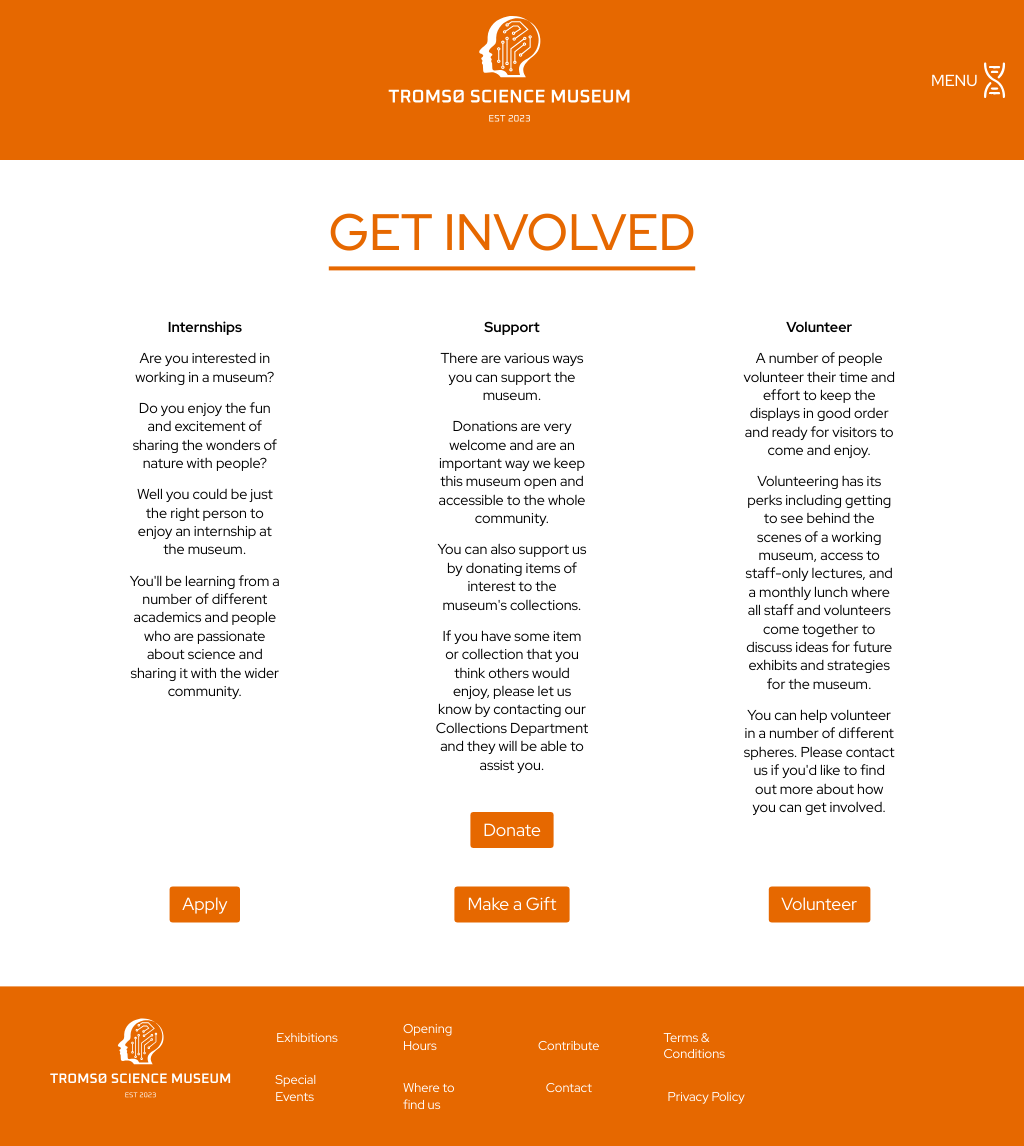
Repository: benjaminskarding/Semester-Project
Page: contribute.html
The author's editor kept a copy of each file at every save. The page is drawn from the files as they stood at one save, then again after the next save.
The browser window is 1280 px wide. The pictures show the whole page, at 80% of full size.

Above is the page before, as saved 2023-12-19 04:04:05.

After the next save:
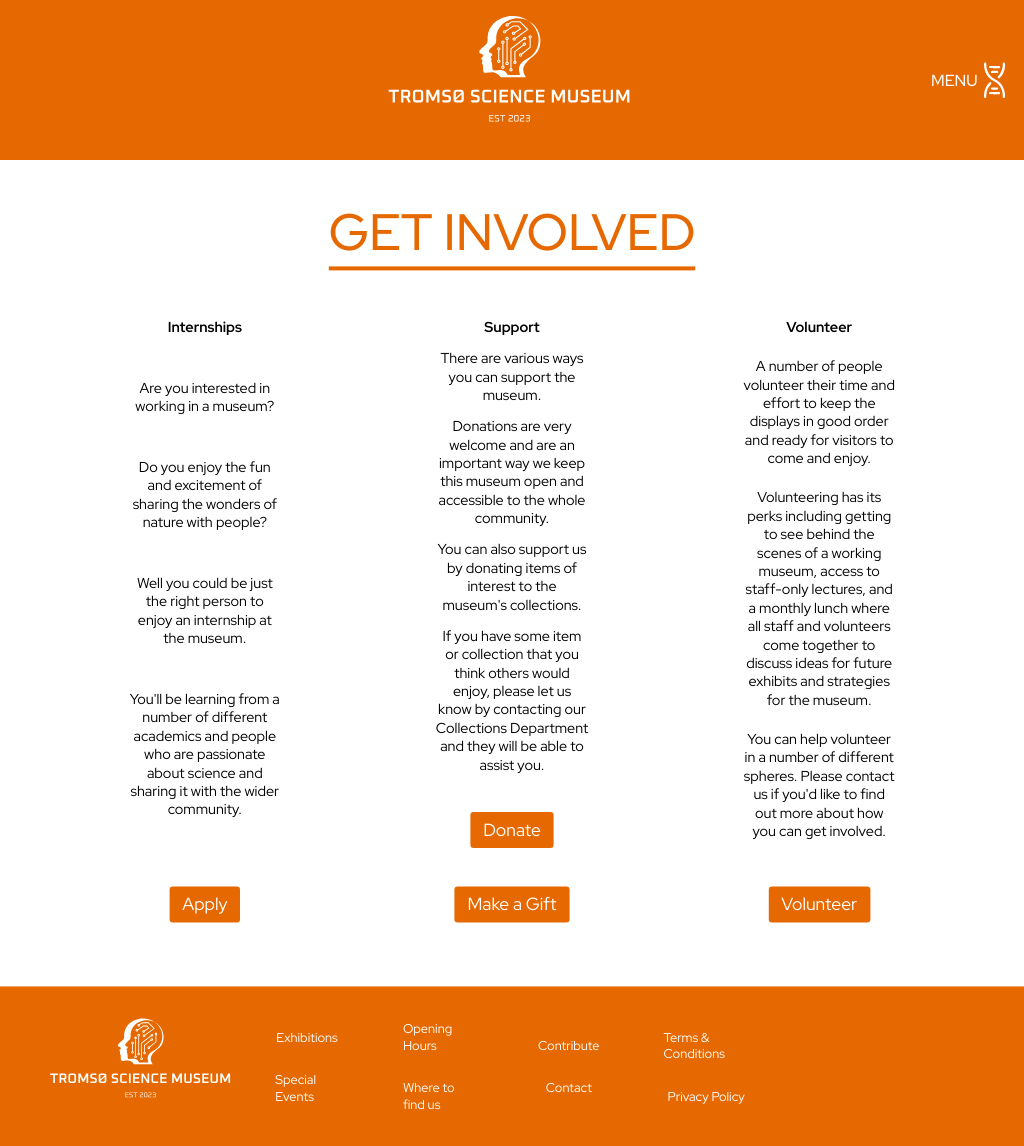
Saved 2 min 43 s later.
--- a/src/css/contribute.css
+++ b/src/css/contribute.css
@@ -54,7 +54,6 @@
 
 .leftCol .button-container,
 .rightCol .button-container {
-    margin-top: auto;
     width: 100%;
 }
 

After the save that followed:
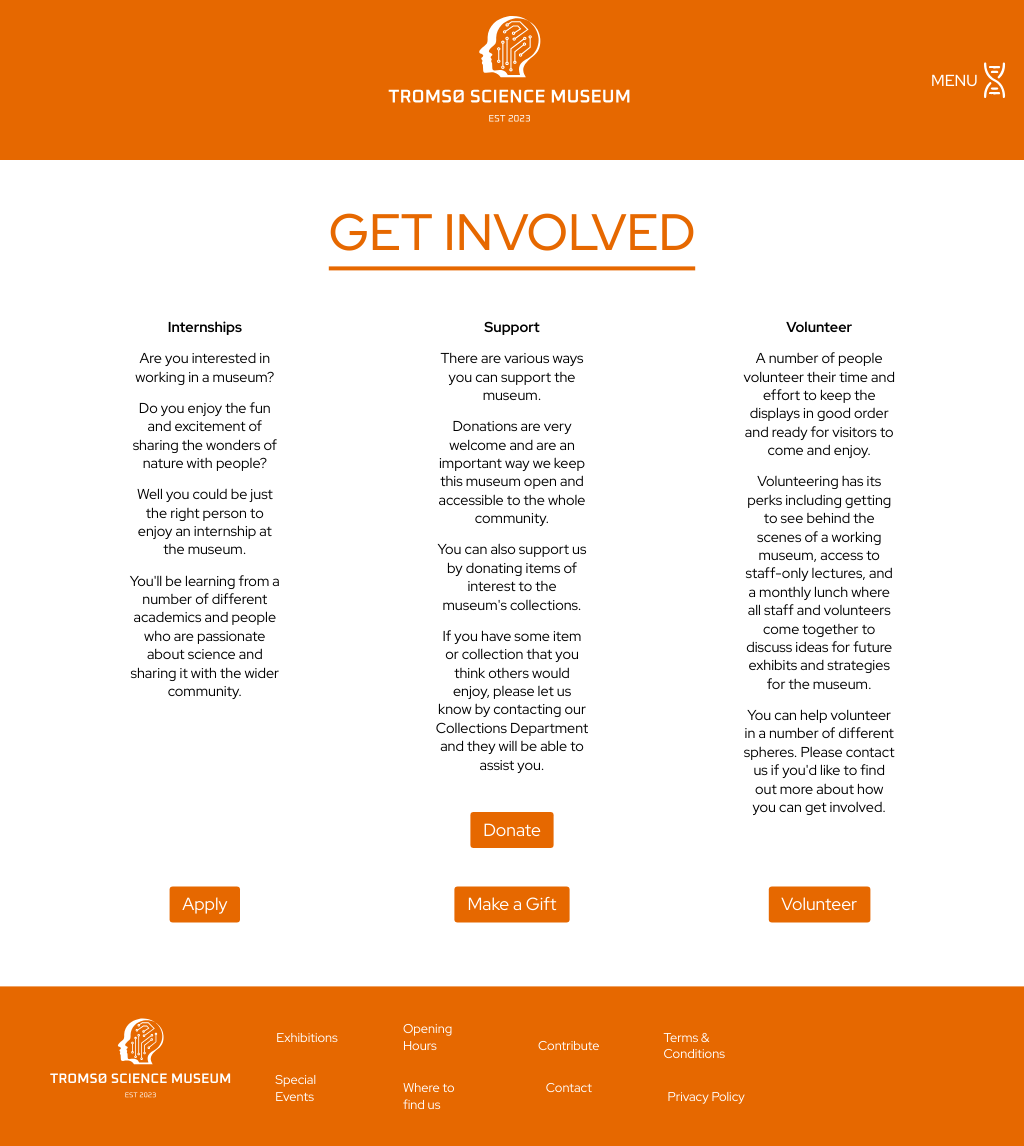
Saved 44 s later.
--- a/src/css/contribute.css
+++ b/src/css/contribute.css
@@ -54,6 +54,7 @@
 
 .leftCol .button-container,
 .rightCol .button-container {
+    margin-top: auto;
     width: 100%;
 }
 
